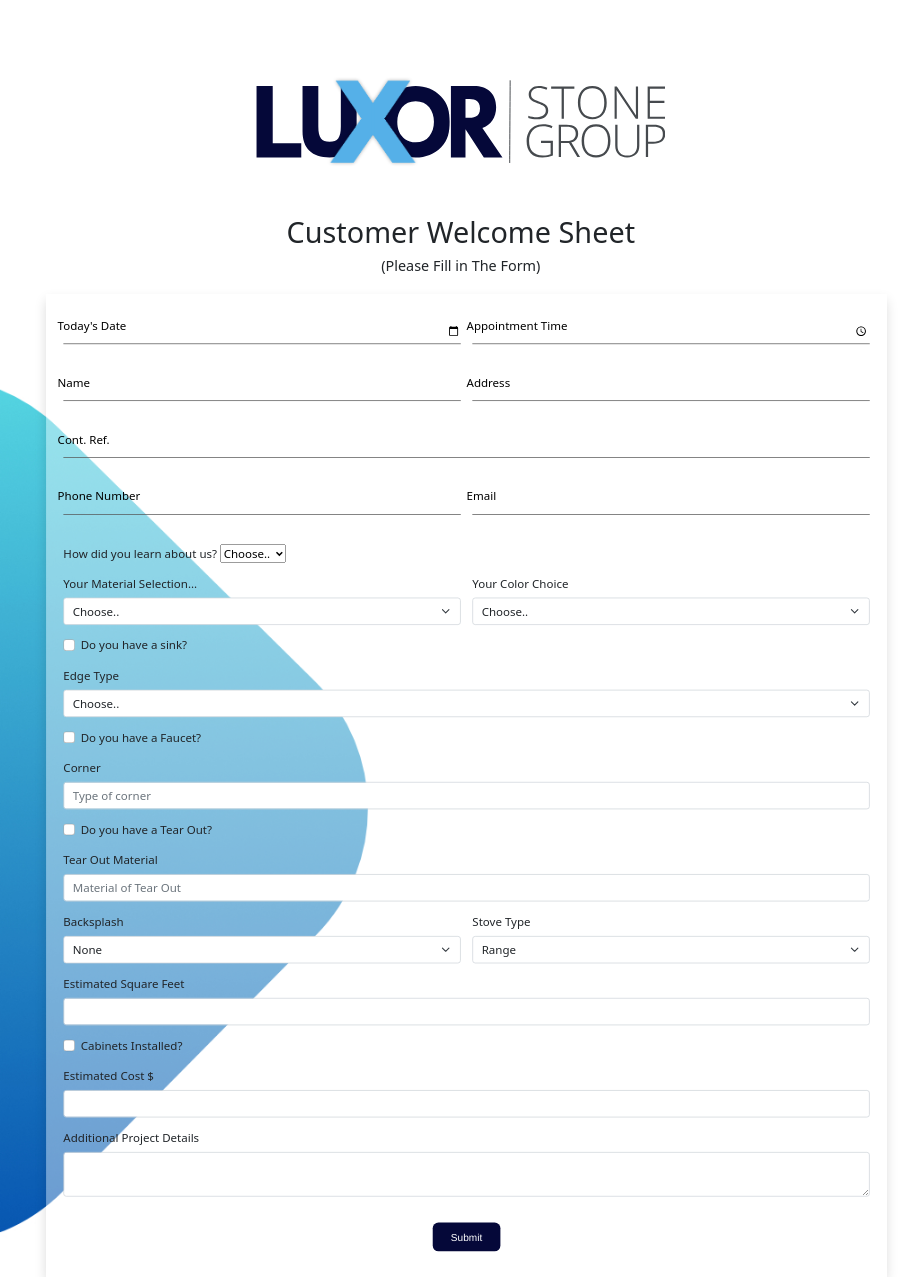
Repository: aya7abbal/Luxor-Customer-Form
Page: index.html
An editor plug-in stored every save of this project. The page is shown before and after the next save, followed by the edit.
The browser window is 1280 px wide. The pictures show the whole page, at 72% of full size.
The style sheet was rebuilt from its Sass, Less or Tailwind sources for each picture, by a compiler version that may differ from the author's.

Above is the page before, as saved 2023-10-20 22:22:29.

### index.html
<!DOCTYPE html>
<html lang="en">
  <head>
    <meta charset="UTF-8" />
    <meta http-equiv="X-UA-Compatible" content="IE=edge" />
    <link
      href="https://cdn.jsdelivr.net/npm/bootstrap@5.0.2/dist/css/bootstrap.min.css"
      rel="stylesheet"
      integrity="sha384-EVSTQN3/azprG1Anm3QDgpJLIm9Nao0Yz1ztcQTwFspd3yD65VohhpuuCOmLASjC"
      crossorigin="anonymous"
    />
    <link rel="stylesheet" href="./Styles/styles.css" />
    <meta name="viewport" content="width=device-width, initial-scale=1.0" />
    <script src="./script.js"></script>

    <title>Document</title>
  </head>
  <body class="p-3">
    <div class="container">
      <div class="row py-4 py-lg-6">
        <div class="col-lg-12 d-flex align-items-center justify-content-center">
          <div style="z-index: 1" class="lc-block mb-n3 mb-lg-0">
            <img
              class="img-fluid p-3 m-3 mb-5 logo"
              src="./Images/logo.svg"
              alt="Luxor Stone Group Logo"
            />
          </div>
          <!-- /lc-block -->
        </div>
        <!-- /col -->

        <div class="d-flex-col text-center">
          <h1>Customer Welcome Sheet</h1>

          <p class="lead">(Please Fill in The Form)</p>
        </div>
        <!-- /lc-block -->
      </div>
    </div>

    <div class="box">
      <form class="row g-3 shadow p-3 mx-4 mx-md-5">
        <!-- Date -->
        <div class="col-md-6 col-12 input-container">
          <input type="date" required id="date" />

          <label for="date">Today's Date</label>
        </div>

        <!-- Time -->
        <div class="col-md-6 col-12 input-container">
          <input type="time" id="aptTime" required />

          <label for="aptTime">Appointment Time</label>
        </div>
        <!-- Name -->
        <div class="col-12 col-md-6 input-container">
          <input type="text" required />
          <label for="name">Name</label>
        </div>

        <!-- Address -->
        <div class="col-12 col-md-6 input-container">
          <input type="text" required id="address" />
          <label for="address">Address</label>
        </div>
        <!-- Cont. Ref. -->
        <div class="col-12 input-container">
          <input type="text" id="contRef" required />
          <label for="contRef">Cont. Ref.</label>
        </div>
        <!-- Phone Number -->
        <div class="col-md-6 col-12 input-container">
            <input type="number"id="mobile" required/>
          <label for="mobile" >Phone Number</label>
        </div>
        <!-- Email -->
        <div class="col-md-6 col-12 input-container">
            <input type="email" required id="email" />
          <label for="email" >Email</label>
        </div>
        <!-- Learn
    how -->
        <div class="col-12">
          <label for="learnHow"
            >How did you learn about us?</label
          >
          <select id="learnHow" >
            <option selected>Choose..</option>
            <option>answer 2</option>
          </select>
        </div>
        <!-- Material Selection -->
        <div class="col-md-6">
          <label for="material" class="form-label"
            >Your Material Selection...</label
          >
          <select id="material" class="form-select">
            <option selected>Choose..</option>
            <option>answer 2</option>
          </select>
        </div>
        <!-- Color Choice -->
        <div class="col-md-6">
          <label for="color" class="form-label"> Your Color Choice</label>
          <select id="color" class="form-select">
            <option selected>Choose..</option>
            <option>answer 2</option>
          </select>
        </div>
        <!-- Sink Check -->
        <div class="col-12">
          <div class="form-check">
            <label class="form-check-label" for="sinkCheck">
              Do you have a sink?</label
            >
            <input class="form-check-input" type="checkbox" id="sinkCheck" />
          </div>
        </div>
        <!-- Edge Type -->
        <div class="col-12">
          <label for="edge" class="form-label"> Edge Type</label>
          <select id="edge" class="form-select">
            <option selected>Choose..</option>
            <option>answer 2</option>
          </select>
        </div>
        <!-- Faucet Check -->
        <div class="col-12">
          <div class="form-check">
            <label class="form-check-label" for="sinkCheck">
              Do you have a Faucet?</label
            >
            <input class="form-check-input" type="checkbox" id="sinkCheck" />
          </div>
        </div>
        <!-- Corner -->
        <div class="col-12">
          <label for="corner" class="form-label">Corner</label>
          <input
            type="text"
            class="form-control"
            id="corner"
            placeholder="Type of corner"
          />
        </div>

        <!-- Tear Out Check -->
        <div class="col-12">
          <div class="form-check">
            <label class="form-check-label" for="tearCheck">
              Do you have a Tear Out?</label
            >
            <input class="form-check-input" type="checkbox" id="tearCheck" />
          </div>
        </div>

        <!-- Tear Out Type -->
        <div class="col-12">
          <label for="tearMaterial" class="form-label">Tear Out Material</label>
          <input
            type="text"
            class="form-control"
            id="tearMaterial"
            placeholder="Material of Tear Out"
          />
        </div>

        <!-- Backsplash-->
        <div class="col-md-6 col-12">
          <label for="backsplash" class="form-label"> Backsplash</label>
          <select id="backsplash" class="form-select">
            <option selected>None</option>
            <option>4"</option>
            <option>6"</option>
            <option>Full</option>
          </select>
        </div>
        <!-- Stove Type -->
        <div class="col-md-6 col-12">
          <label for="stoveType" class="form-label"> Stove Type</label>
          <select id="stoveType" class="form-select">
            <option selected>Range</option>
            <option>Cook Top</option>
          </select>
        </div>
        <!--Area-->
        <div class="col-12">
          <label for="area" class="form-label">Estimated Square Feet</label>
          <input type="number" class="form-control" id="area" />
        </div>
        <!-- Tear Out Check -->
        <div class="col-12">
          <div class="form-check">
            <label class="form-check-label" for="cabinets">
              Cabinets Installed?</label
            >
            <input class="form-check-input" type="checkbox" id="cabinets" />
          </div>
        </div>
        <!--Cost-->
        <div class="col-12">
          <label for="price" class="form-label">Estimated Cost $</label>
          <input type="number" class="form-control" id="price" />
        </div>
        <!-- Additional Details -->
        <div class="col-12">
          <label for="details" class="form-label"
            >Additional Project Details</label
          >
          <textarea class="form-control" aria-label="With textarea"></textarea>
        </div>

        <!-- Submit Button -->
        <div class="col-12 d-flex justify-content-center">
          <button type="submit" class="btn button-1">Submit</button>
        </div>
        <!-- /lc-block -->
      </form>
    </div>
  </body>
</html>

### script.js
let timer;

document.addEventListener('input', e => {
  const el = e.target;

  if( el.matches('[data-color]') ) {
    clearTimeout(timer);
    timer = setTimeout(() => {
      document.documentElement.style.setProperty(`--color-${el.dataset.color}`, el.value);
    }, 100)
  }
})

### Styles/styles.scss
.btn-submit {
    width: 200px;
    padding: .7rem;
    background-color: #050839;
    color: white
    ;

}
.logo{
    width: 600px;
}
@media (max-width:769px) {
    .logo{
        width: 400px;
    }

}

body{
    margin-top: 2rem;
    background-image: url(../Images/design4.jpg);
    background-size:cover;
    background-repeat: no-repeat;


}
form{
    background-color:rgba($color: #FFF, $alpha: 0.4);

}


// Submit Button
/* CSS */
.button-1 {
  background-color: #050839;
  border-radius: 8px;
  border-style: none;
  box-sizing: border-box;
  color: #FFFFFF;
  cursor: pointer;
  display: inline-block;
  font-family: "Haas Grot Text R Web", "Helvetica Neue", Helvetica, Arial, sans-serif;
  font-size: 14px;
  font-weight: 500;
  height: 40px;
  line-height: 20px;
  list-style: none;
  margin: 20px;
  outline: none;
  padding: 10px 25px;
  position: relative;
  text-align: center;
  text-decoration: none;
  transition: color 100ms;
  vertical-align: baseline;
  user-select: none;
  -webkit-user-select: none;
  touch-action: manipulation;
}

.button-1:hover,
.button-1:focus {
  background-color: white;
  color: #050839;
}
.box{
    position: absolute;
}



// Input Animation

@import url('https://fonts.googleapis.com/css?family=Noto+Sans:400,400i,700,700i&subset=greek-ext');
.input-container{
	position:relative;
	margin-bottom:25px;
}

.input-container label{
	position:absolute;
	top:0px;
	left:0px;
	font-size:16px;
	color:black;
    pointer-event:none;
	transition: all 0.5s ease-in-out;
}
.input-container input{
    border:0;
    border-bottom:1px solid #555;
    background:transparent;
    width:100%;
    padding:8px 0 5px 0;
    font-size:16px;
    color:#fff;
  }
  .input-container input:focus{
    border:none;
    outline:none;
    border-bottom:1px solid #55b0e8;
   }
   .input-container input:focus ~ label,
.input-container input:valid ~ label{
	top:-12px;
	font-size:12px;

}

After the next save:
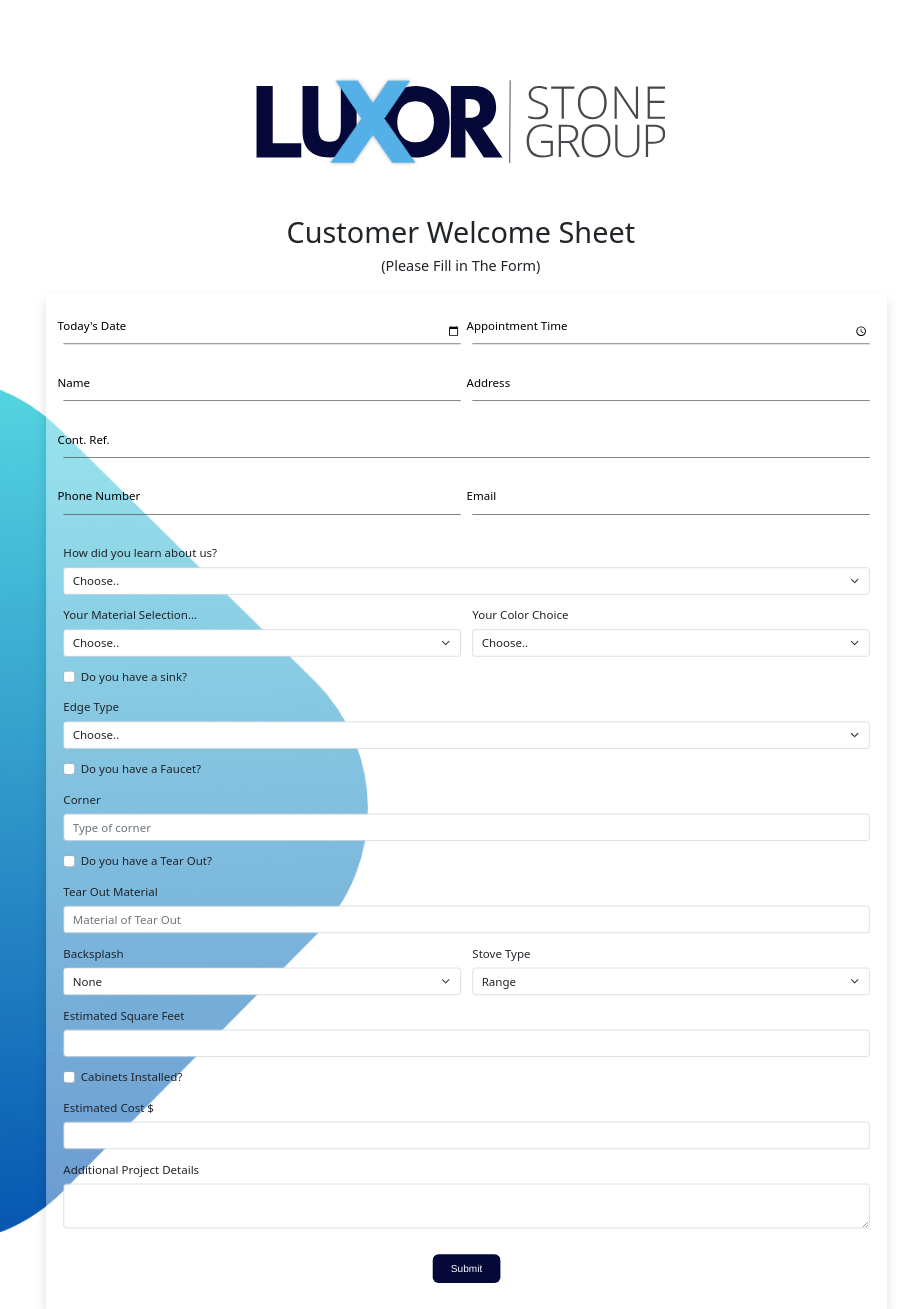
Saved 4 s later.
--- a/index.html
+++ b/index.html
@@ -83,10 +83,10 @@
         <!-- Learn
     how -->
         <div class="col-12">
-          <label for="learnHow"
+          <label for="learnHow" class="form-label"
             >How did you learn about us?</label
           >
-          <select id="learnHow" >
+          <select id="learnHow" class="form-select">
             <option selected>Choose..</option>
             <option>answer 2</option>
           </select>
